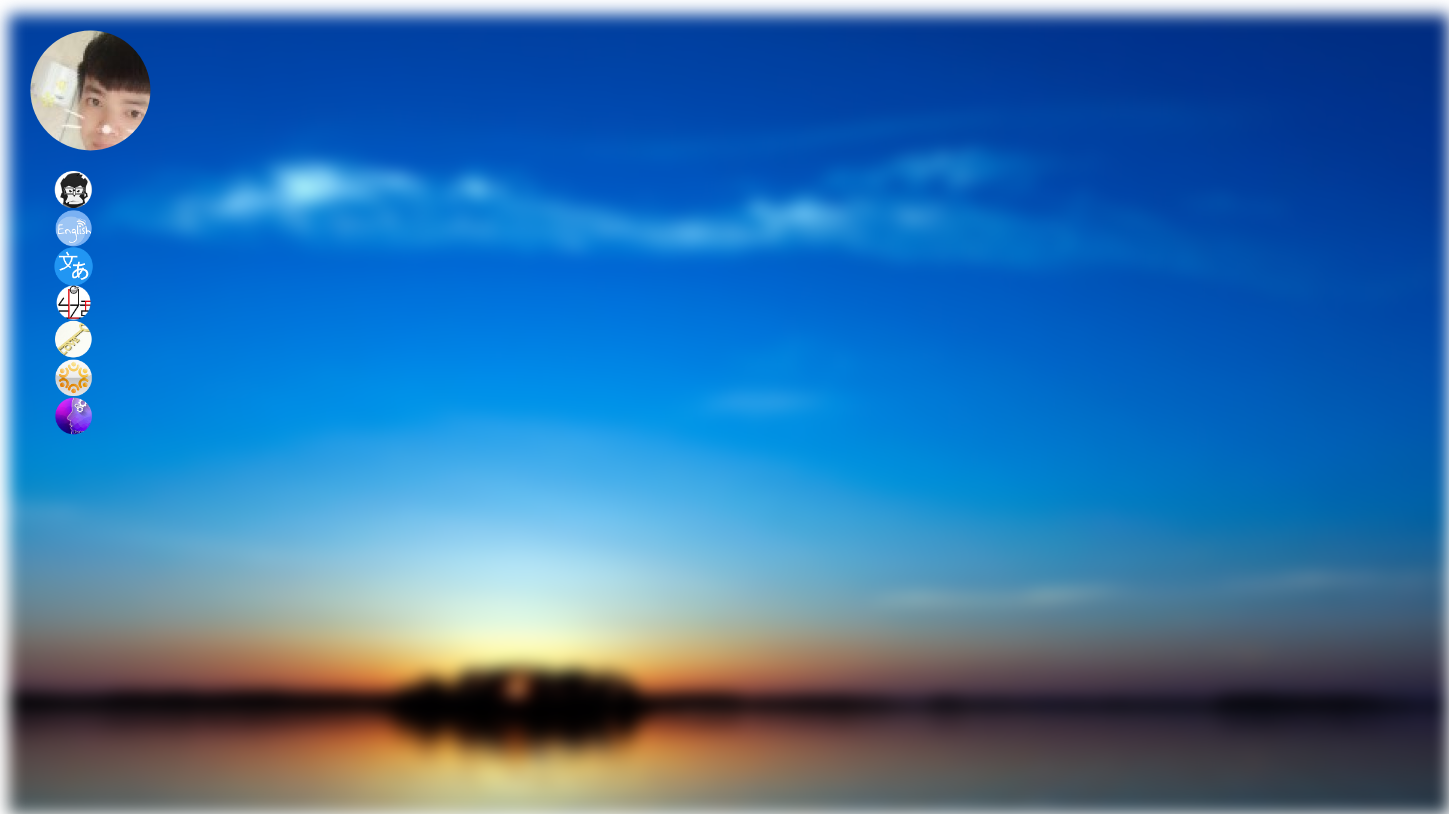
Repository: lidasi/monkeyLife
Page: http://localhost/monkeyLife/jsp/menubar.jsp
An editor plug-in stored every save of this project. The page is shown before and after the next save, followed by the edit.
The browser window is 1280 px wide. The page is 1811 px wide, so the pictures cover 1811 px, including what lies to the right of the window. The pictures show the whole page, at 80% of full size.
The page is served by Tomcat 9.

Above is the page before, as saved 2017-07-13 09:15:31.

### workSpeaces/monkeyLife/WebContent/jsp/menubar.jsp
<%@ page language="java" contentType="text/html; charset=UTF-8"
    pageEncoding="UTF-8"%>
<!DOCTYPE html PUBLIC "-//W3C//DTD HTML 4.01 Transitional//EN" "http://www.w3.org/TR/html4/loose.dtd">
<html>
<head>
<meta http-equiv="Content-Type" content="text/html; charset=UTF-8">
<link rel="stylesheet" type="text/css" media="screen" href="../css/menu.css">
    <script type="text/javascript" src="../js/jquery.min.js"></script>
    <script type="text/javascript" src="../js/fisheye-iutil.min.js"></script>
    <script type="text/javascript" src="../js/jquery.jqDock.min.js"></script>
    <script type="text/javascript">
        $(function(){
        	 var height = 1000;
             var width = 1800;
             $("#menuImage").height(height).width(width);

            var jqDockOpts = {align: 'left', duration: 200, labels: 'tc', size: 48, distance: 85};
            $('#jqDock').jqDock(jqDockOpts);
        });
    </script>
</head>
<body>
	<div id="menuRelative">
		<div id="menuImage">
		</div>
		<div id="headPortrait"></div>
		<div id="dockContainer">
		    <ul id="jqDock">
		        <li><a class="img-circle" href="#"><img src="../image/dock/monkey.png"   alt="Home" title="猿生活&nbsp;" /></a></li>
		        <li><a class="img-circle" href="#"><img src="../image/dock/English.png"  alt="Contact" title="EnglishStudy&nbsp;" /></a></li>
		        <li><a class="img-circle" href="#"><img src="../image/dock/Japanese.png"  alt="portfolio" title="日本語の勉強&nbsp;" /></a></li>
		        <li><a class="img-circle" href="#"><img src="../image/dock/Life.png"  alt="music" title="日常生活&nbsp;Examples" /></a></li>
		        <li><a class="img-circle" href="#"><img src="../image/dock/Feeling.png"  alt="video" width="128" title="感情写照" /></a></li>
		        <li><a class="img-circle" href="#"><img src="../image/dock/Contacts.png"  alt="history" width="128" title="脉络抒写" /></a></li>
		        <li><a class="img-circle" href="#"><img src="../image/dock/Memory.png"  alt="calendar" width="128" title="记忆珍藏" /></a></li>
		    </ul>
		</div><!-- end div #dockContainer -->
	</div>

</body>
</html>

### workSpeaces/monkeyLife/WebContent/css/menu.css
@CHARSET "UTF-8";
#menuRelative{position:relative;
	width:200px;
	height:100%}
#menuImage{
	position:absolute;
	left:3px;
	top:10px;
/*    border: 1px solid #CCCCCC;
    padding:90px 5px 10px;*/
    background: url("../image/dock/backgroundImage.jpg") no-repeat;
    background-size: cover;
    -webkit-filter: blur(10px);
    -ms-filter: blur(10px);
    filter: progid:DXImageTransform.Microsoft.Blur(PixelRadius=10, MakeShadow=false);
    animation:mymove 5s infinite;
    -webkit-animation:mymove 5s infinite;
}
 @keyframes mymove
{
    0%   {top:10px; background:url("../image/dock/backgroundImage.jpg"); position:absolute;}
    50% {top:10px; background:url("../image/dock/background_001.jpg"); position:absolute;}
    100% {top:10px; background:url("../image/dock/backgroundImage.jpg"); position:absolute;}
}

@-webkit-keyframes mymove
{
    0%   {top:0px; background:url("../image/dock/backgroundImage.jpg" position:absolute;);
    }
    50%   {top:0px; background:url("../image/dock/background_001.jpg" position:absolute;);
    }
    100% {top:0px; background:url("../image/dock/backgroundImage.jpg" position:absolute;);
    }
}
#headPortrait {
	left: 30px;
	top: 20px;
	width: 150px;
	height: 150px;
	position: absolute;
	background: url("../image/dock/headPortrait.jpg") no-repeat;
	border-radius:50%;
	margin:10px auto;
}
#dockContainer {
	position: absolute;
	top: 150px;
	left: 20px; }
#iframeDiv {
	position: fixed;
	top: 60px;
	left: 20px; }
#jqDock {
	position: relative;
	bottom: 48px; }
#jqDock li {
	list-style: none;
	margin-bottom: 0px }
.jqDockLabel {
	background: #333;
	color: #fff;
	padding: 3px 10px;
	-webkit-border-radius: 10px;
	-moz-border-radius: 10px;
}

Loaded but not shown: workSpeaces/monkeyLife/WebContent/js/jquery.min.js (library); workSpeaces/monkeyLife/WebContent/js/fisheye-iutil.min.js (library); workSpeaces/monkeyLife/WebContent/js/jquery.jqDock.min.js (library)

After the next save:
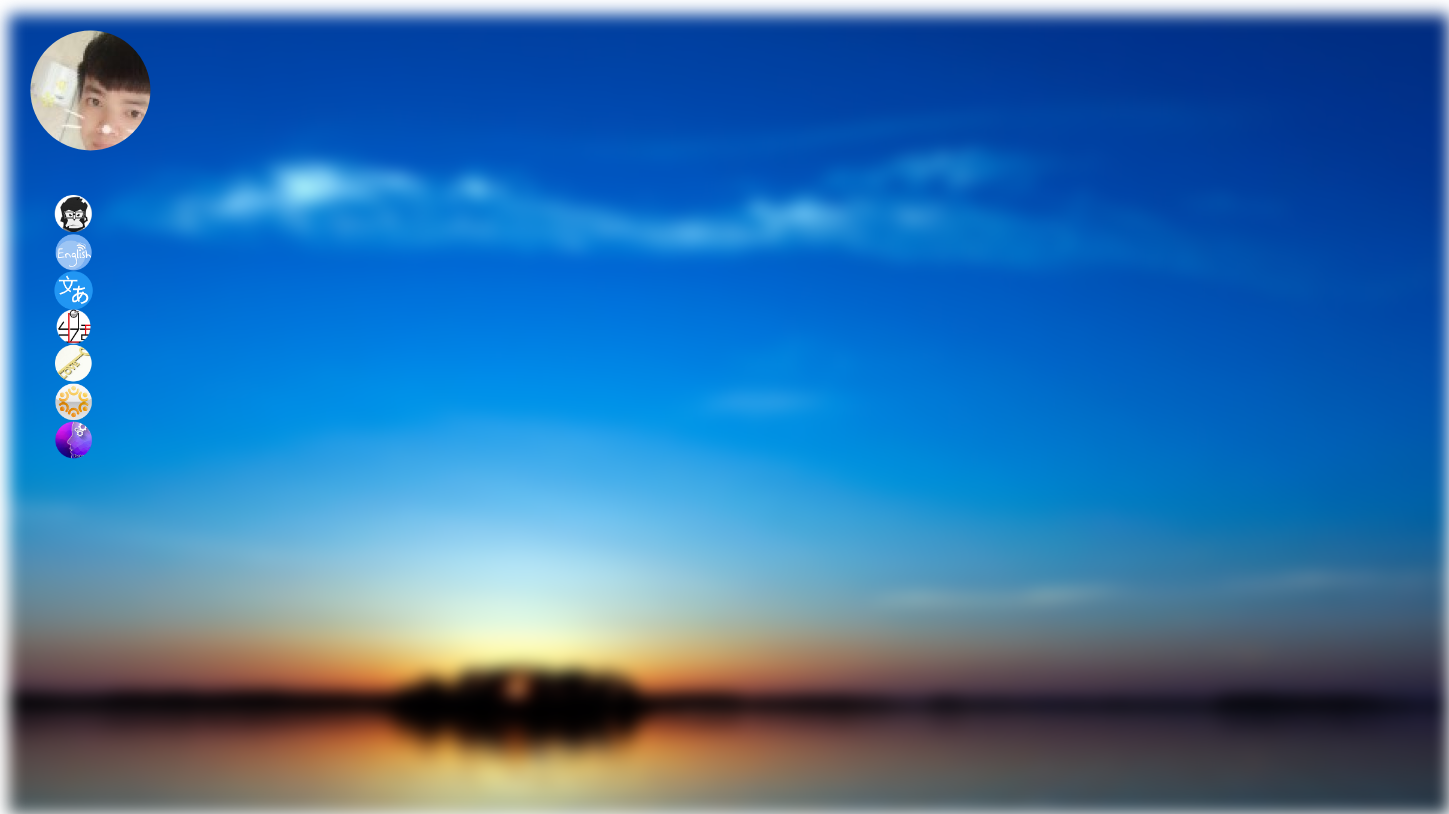
Saved 4 s later.
--- a/workSpeaces/monkeyLife/WebContent/css/menu.css
+++ b/workSpeaces/monkeyLife/WebContent/css/menu.css
@@ -44,7 +44,7 @@
 }
 #dockContainer {
 	position: absolute;
-	top: 150px;
+	top: 180px;
 	left: 20px; }
 #iframeDiv {
 	position: fixed;
